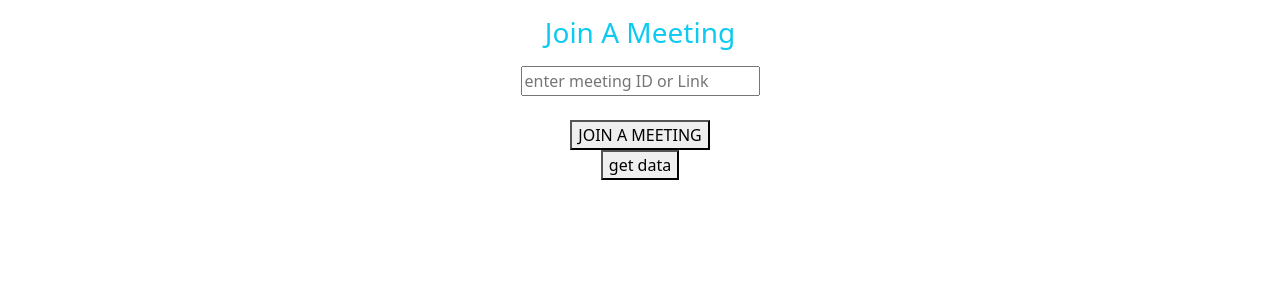
Repository: sreech465/myexam
Page: /jmeet
An editor plug-in stored every save of this project. The page is shown before and after the next save, followed by the edit.
The browser window is 1280 px wide. The pictures show the whole page.
The page's requests for data from a server got no answer. The project was rebuilt for these pictures with package versions that can differ from the ones it lists, and the page was loaded fresh each time. No one was signed in, and anything a server would have sent is missing. Also part of the build but not shown: src/Details.js, src/Smeet.js, src/Joinmeet.js.

Above is the page before, as saved 2023-01-14 17:17:44.

After the next save:
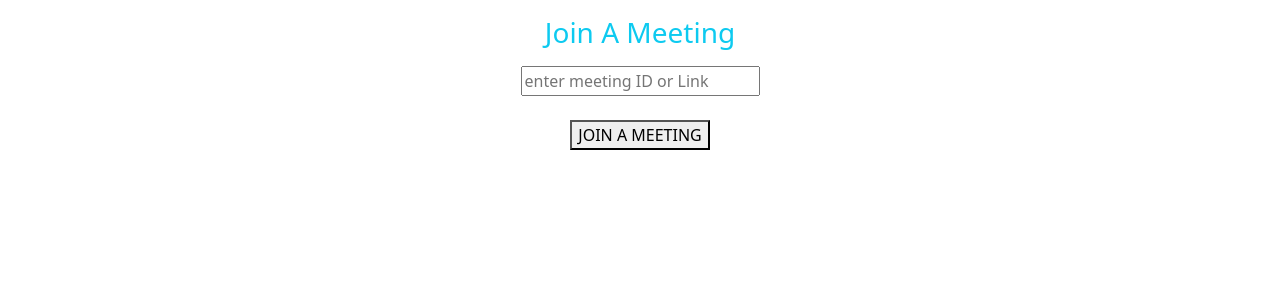
Saved 2 min 12 s later.
--- a/src/Jmeet.js
+++ b/src/Jmeet.js
@@ -1,8 +1,8 @@
-import React, { useState } from "react";
+import React, { useState, useEffect } from "react";
 import axios from "axios";
 const Jmeet = () => {
   const [detail, setDetail] = useState("");
-  const handleClick = () => {
+  useEffect(() => {
     let config = {
       headers: {
         access_token:
@@ -20,7 +20,7 @@ const Jmeet = () => {
       .then((res) => {
         console.log(res);
       });
-  };
+  });
 
   return (
     <div>
@@ -38,7 +38,6 @@ const Jmeet = () => {
         </form>
         <button>JOIN A MEETING</button>
       </div>
-      <button onClick={handleClick}>get data</button>
     </div>
   );
 };
